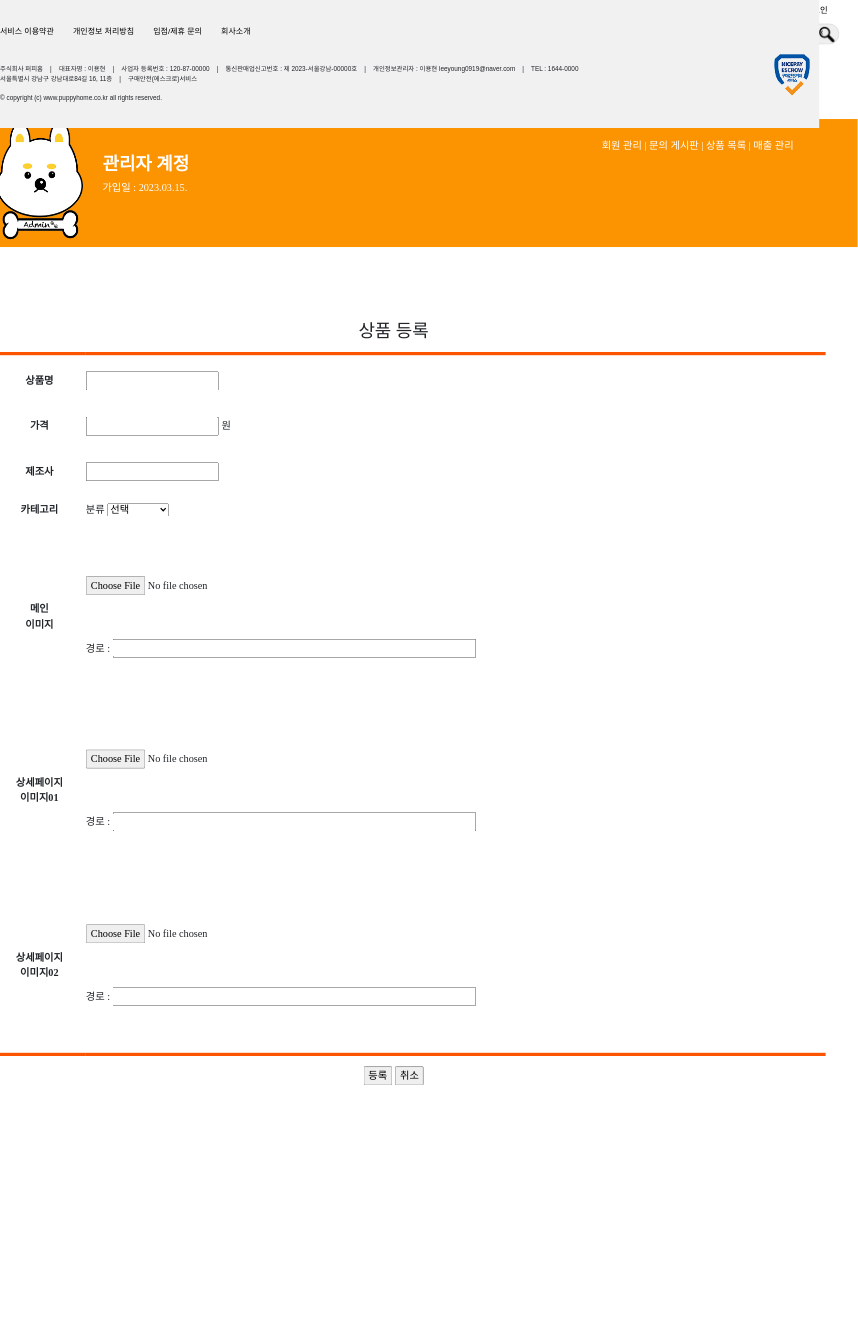
Repository: jiyekim315/puppyhome-shoppingmall
Page: http://localhost/Puppyhome/page/product/productRegister.jsp
An editor plug-in stored every save of this project. The page is shown before and after the next save, followed by the edit.
The browser window is 1280 px wide. The page is 1340 px wide, so the pictures cover 1340 px, including what lies to the right of the window. The pictures show the whole page, at 64% of full size.
Some web fonts or font styles are not loaded; a fallback is used. The page is served by Tomcat 9.

Above is the page before, as saved 2023-04-20 12:14:38.

After the next save:
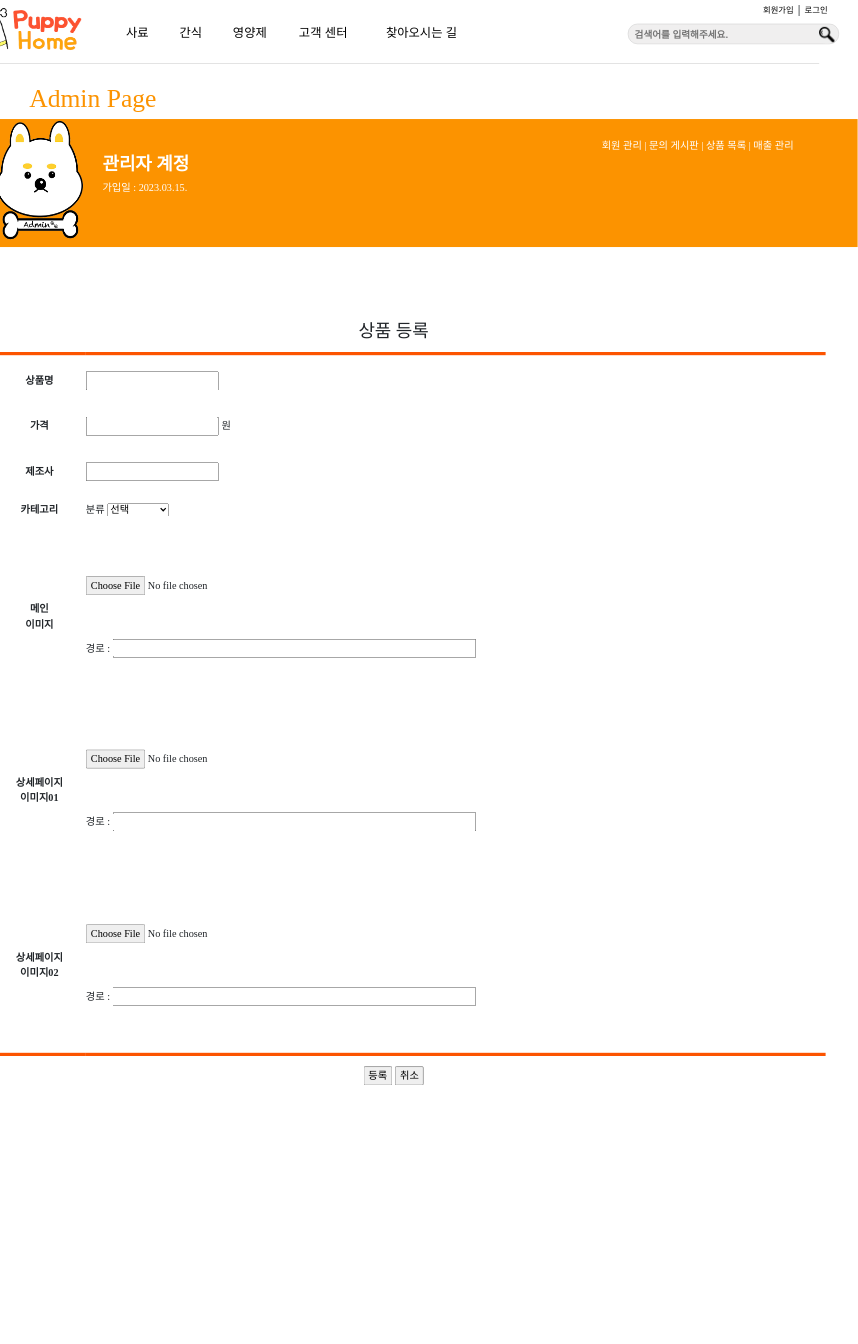
Saved 88 s later.
--- a/Shopping/Puppyhome/WebContent/page/product/productRegister.jsp
+++ b/Shopping/Puppyhome/WebContent/page/product/productRegister.jsp
@@ -13,9 +13,10 @@
 <link rel="stylesheet" type="text/css" href="<%=request.getContextPath()%>/page/include/css/footer.css"> <%-- footer.css --%>
 <link rel="stylesheet" type="text/css" href="<%=request.getContextPath()%>/fontium/css/fontium.css"/>
 <link rel="stylesheet" type="text/css" href="<%=request.getContextPath()%>/page/product/css/productRegister.css"/>
-
-
 <style type="text/css">
+@charset "UTF-8";
+/* admin계정 UI */
+
 /* 관리자 메인이미지  */
 .adminMainpage {
 	width: 1400px;
@@ -33,7 +34,6 @@
 	background-color: #fc9300;
 }
 
-
 /*Admin Page 지정*/
 .name {
 	padding-top: 30px;
@@ -66,28 +66,59 @@
 	color: white;
 	text-decoration: none;
 }
+/* 상품 등록 리스트 테두리 */
+.productTitle {
+	width: 1400px;
+	height: 180px;
+	padding-top: 100px;
+	padding-left: 50px;
+	padding-right: 100px;
+	font-family: 'KIMM_Bold';
+}
+
+.productForm {
+	font-family: 'KIMM_Bold';
+	width: 1300px;
+	height: 1100px;
+	border: none;
+	border-top: 5px solid #FC5400;
+	border-bottom: 5px solid #FC5400;
+}
+.table_div table {
+	border-collapse: collapse;
+}
+.productForm th, td {
+	text-align: centen;
+	font-family: 'KIMM_Bold';
+}
+.input {
+	font-family: 'KIMM_Bold';
+}
+#btn {
+	border-color: #FC5400;
+	background-color: #FC5400;
+	color: #fff;
+}
 </style>
 
 </head>
-
 <body>
 	<%-- 전체 영역 --%>
 	<div class="wrap">
+		<%-- 본문 영역(ui깨질시 본인이 ui 수정바람..) --%>
+
 		<%-- 헤더 영역 --%>
 		<header>
 			<%-- header include --%>
 			<jsp:include page="/page/include/header.jsp"/>
 		</header>
-		<%-- 본문 영역(ui깨질시 본인이 ui 수정바람..) --%>
 		<section>
 			<div class="main"> <%-- main 시작 --%>
-
-
-
 				<form name="p" method="post" action="product_register_ok.shop">
-				<div class="adminMainpage"><%-- adminMainpage --%>
-
-						<%-- admin 계정 --%>
+				<div class="adminMainpage">	<%-- adminMainpage --%>
+
+
+			<%-- admin 계정 --%>
 			<h1 class="name" style="color: #fc9300">Admin Page</h1>
 			<div class="profile_img" align="center">
 			<%-- 이미지 클릭시 관리자 메인화면으로 이동 --%>
@@ -151,13 +182,9 @@
 										<option value="유산균">유산균</option>
 										<option value="오메가3">오메가3</option>
 								</select>
-
-
-
 						</tr> <p>
 
 						<tr><th></th></tr>
-
 						<%-- 이미지는 images에만 있는 이미지는 업로드 하기! --%>
 						<tr>
 							<th>메인<br>이미지</th>
@@ -246,34 +273,21 @@
 							</td>
 						</tr>
 
-
 					</table> <p><p>
 
 					<input type="submit" value="등록" />
 					<input type="reset" value="취소" onclick="location='productList.jsp'" />
 
-				</div> <%-- end product--%>
-
-				</div><%-- end main --%>
-				</form>
-			</div> <%--wrap --%>
-
-
-
-
-
+				</div> </form><%-- end product--%>
+
+				</div><%-- adminMainpage 끝--%>
+			</div> <%-- end main --%>
 
 			<%-- top버튼 삭제 X --%>
 			<div id="topBtn">
 				<span class="fonti um-arrow-circle-up um-3x icon"></span>TOP
 			</div>
 		</section>
-	<%-- 푸터 영역 --%>
-	<footer>
-		<!-- footer -->
-		<jsp:include page="/page/include/footer.jsp"/>
-		<!-- footer 끝 -->
-	</footer>
 	</div>
 	<script type="text/javascript">
 
